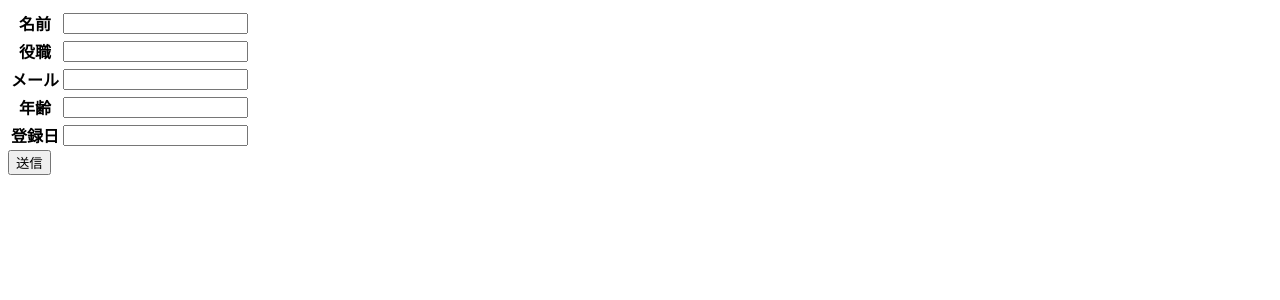
Repository: masanarimiura/20220618_miura
Page: http://localhost/
An editor plug-in stored every save of this project. The page is shown before and after the next save, followed by the edit.
The browser window is 1280 px wide. The pictures show the whole page.
The page is served by the project's Laravel application, run on PHP 8.4 with Laravel 8. Other server files are loaded and not shown.

Above is the page before, as saved 2022-06-18 11:39:54.

### routes/web.php
<?php

use Illuminate\Support\Facades\Route;
use App\Http\Controllers\TaskController;

Route::get('/', [TaskController::class, 'index']);
Route::post('/', [TaskController::class, 'post']);

### app/Http/Controllers/TaskController.php
<?php

namespace App\Http\Controllers;

use App\Models\Customer;
use Illuminate\Http\Request;

class TaskController extends Controller
{
    public function index(Request $request)
    {
        return view('index');
    }
    public function post(Request $request)
    {
        $validate_rule = [
            'name' => 'required',
            'role' => 'required',
            'email' => 'required|email',
            'age' => 'numeric',
            'registered_at' => 'date|nullable',
        ];
        $this->validate($request, $validate_rule);
        return view('index', ['txt' => '正しい入力です']);
    }
}

### resources/views/index.blade.php
<!DOCTYPE html>
<html lang="ja">

<head>
  <meta charset="UTF-8">
  <meta name="viewport" content="width=device-width, initial-scale=1.0">
  <title>top</title>
</head>

<body>
  @if (count($errors) > 0)
    <p>入力に問題があります</p>
  @endif
  <form action="/" method="POST">
    <table>
      @csrf
      @error('name')
      <tr>
        <th>Error</th>
        <td>{{$message}}</td>
      </tr>
      @enderror
      <tr>
        <th>名前</th>
        <td>
          <input type="text" name="name">
        </td>
      </tr>
      @error('role')
      <tr>
        <th>Error</th>
        <td>{{$message}}</td>
      </tr>
      @enderror
      <tr>
        <th>役職</th>
        <td>
          <input type="text" name="role">
        </td>
      </tr>
      @error('email')
      <tr>
        <th>Error</th>
        <td>{{$message}}</>
      </tr>
      @enderror
      <tr>
        <th>メール</th>
        <td>
          <input type="email" name="email">
        </td>
      </tr>
      @error('age')
      <tr>
        <th>Error</th>
        <td>{{$message}}</td>
      </tr>
      @enderror
      <tr>
        <th>年齢</th>
        <td>
          <input type="text" name="age">
        </td>
      </tr>
      @error('registered_at')
      <tr>
        <th>Error</th>
        <td>{{$message}}</td>
      </tr>
      @enderror
      <tr>
        <th>登録日</th>
        <td>
          <input type="text" name="registered_at">
        </td>
      </tr>
    </table>
    <input type="submit" value="送信">
  </form>
</body>

</html>

Loaded but not shown: app/Http/Controllers/Controller.php (common file)

After the next save:
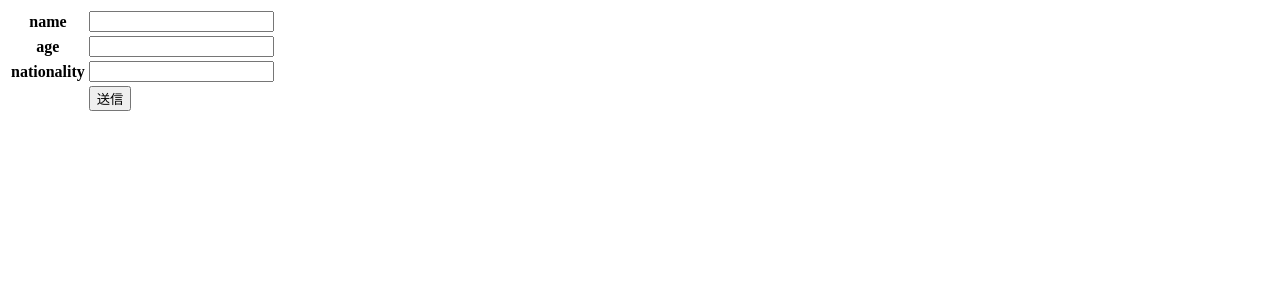
Saved 2 min 18 s later.
--- a/resources/views/index.blade.php
+++ b/resources/views/index.blade.php
@@ -9,74 +9,48 @@
 
 <body>
   @if (count($errors) > 0)
-    <p>入力に問題があります</p>
-  @endif
-  <form action="/" method="POST">
-    <table>
-      @csrf
-      @error('name')
-      <tr>
-        <th>Error</th>
-        <td>{{$message}}</td>
-      </tr>
-      @enderror
-      <tr>
-        <th>名前</th>
-        <td>
-          <input type="text" name="name">
-        </td>
-      </tr>
-      @error('role')
-      <tr>
-        <th>Error</th>
-        <td>{{$message}}</td>
-      </tr>
-      @enderror
-      <tr>
-        <th>役職</th>
-        <td>
-          <input type="text" name="role">
-        </td>
-      </tr>
-      @error('email')
-      <tr>
-        <th>Error</th>
-        <td>{{$message}}</>
-      </tr>
-      @enderror
-      <tr>
-        <th>メール</th>
-        <td>
-          <input type="email" name="email">
-        </td>
-      </tr>
-      @error('age')
-      <tr>
-        <th>Error</th>
-        <td>{{$message}}</td>
-      </tr>
-      @enderror
-      <tr>
-        <th>年齢</th>
-        <td>
-          <input type="text" name="age">
-        </td>
-      </tr>
-      @error('registered_at')
-      <tr>
-        <th>Error</th>
-        <td>{{$message}}</td>
-      </tr>
-      @enderror
-      <tr>
-        <th>登録日</th>
-        <td>
-          <input type="text" name="registered_at">
-        </td>
-      </tr>
-    </table>
-    <input type="submit" value="送信">
-  </form>
+<ul>
+  @foreach ($errors->all() as $error)
+  <li>
+    {{$error}}
+  </li>
+  @endforeach
+</ul>
+@endif
+<form action="/add" method="post">
+  <table>
+    @csrf
+    <tr>
+      <th>
+        name
+      </th>
+      <td>
+        <input type="text" name="name">
+      </td>
+    </tr>
+    <tr>
+      <th>
+        age
+      </th>
+      <td>
+        <input type="text" name="age">
+      </td>
+    </tr>
+    <tr>
+      <th>
+        nationality
+      </th>
+      <td>
+        <input type="text" name="nationality">
+      </td>
+    </tr>
+    <tr>
+      <th></th>
+      <td>
+        <button>送信</button>
+      </td>
+  </table>
+</form>
 </body>
 
 </html>
